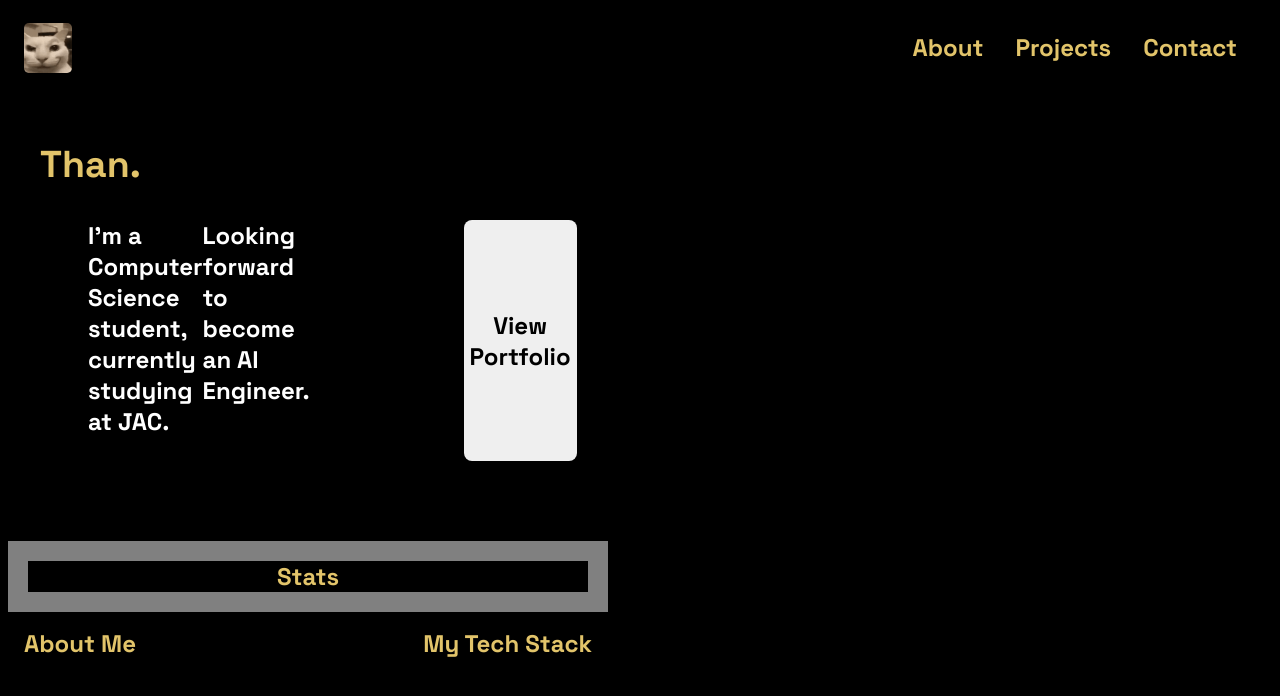
Repository: Than-dot/Than-dot
Page: index.html
These files come from the project's save history. The page is drawn as it stood at one moment and after the next save; the edit follows.
The browser window is 1280 px wide. The pictures show the whole page.

Above is the page before, as saved 2026-05-06 12:38:49.

After the next save:
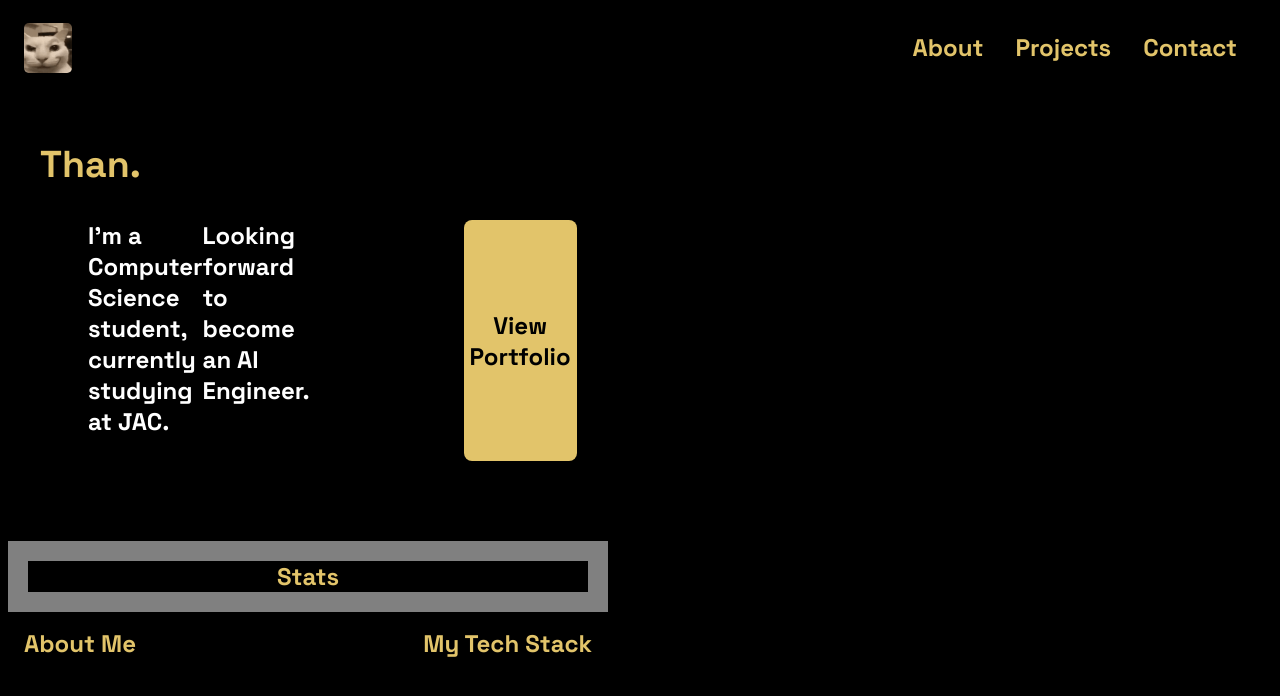
Saved 2 min 39 s later.
--- a/styles/index.css
+++ b/styles/index.css
@@ -49,6 +49,7 @@ button {
   border: none;
   max-width: 10rem;
   margin-left: 35%;
+  background-color: #e2c46a;
 }
 
 button:hover {
